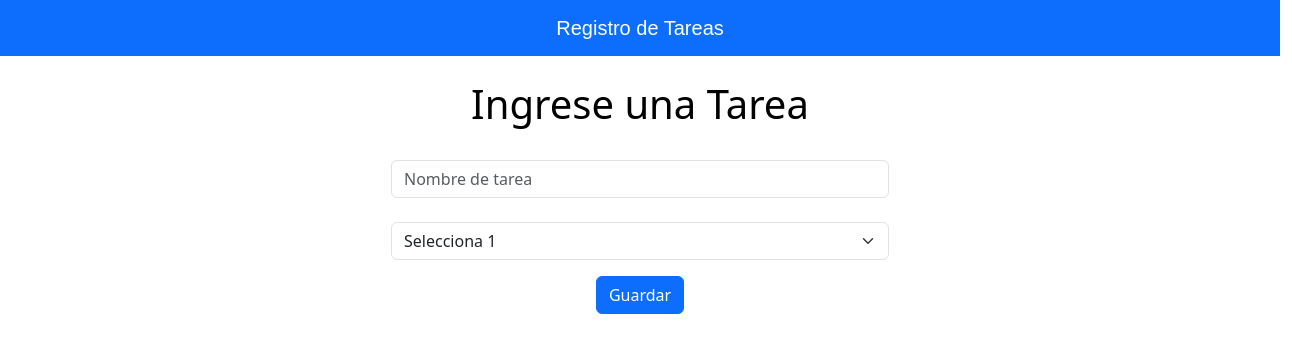
Repository: mgarrido0gb/registroTareas
Page: http://localhost/Tareas/Home
These files come from the project's save history. The page is drawn as it stood at one moment and after the next save; the edit follows.
The browser window is 1280 px wide. The page is 1292 px wide, so the pictures cover 1292 px, including what lies to the right of the window. The pictures show the whole page.
The page is served by Tomcat 10. Queries for data that is not in the repository find no rows.

Above is the page before, as saved 2024-05-21 22:32:30.

After the next save:
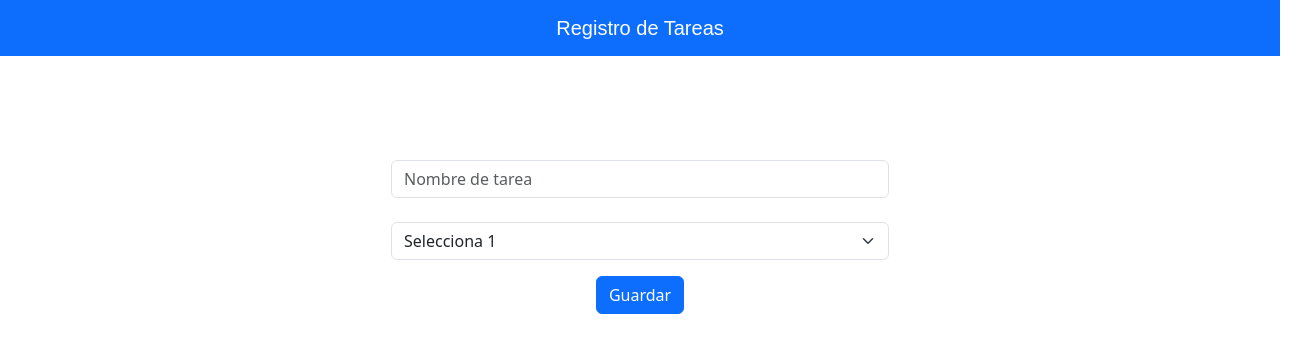
Saved 64 s later.
--- a/Tareas/src/main/webapp/WEB-INF/home.jsp
+++ b/Tareas/src/main/webapp/WEB-INF/home.jsp
@@ -19,7 +19,7 @@
     		color: black;
     	}
 
-    	#titulo{
+    	#titulo ,h1{
     		color: white;
     		font-family: 'Open-Sans',sans-serif;
     	}
